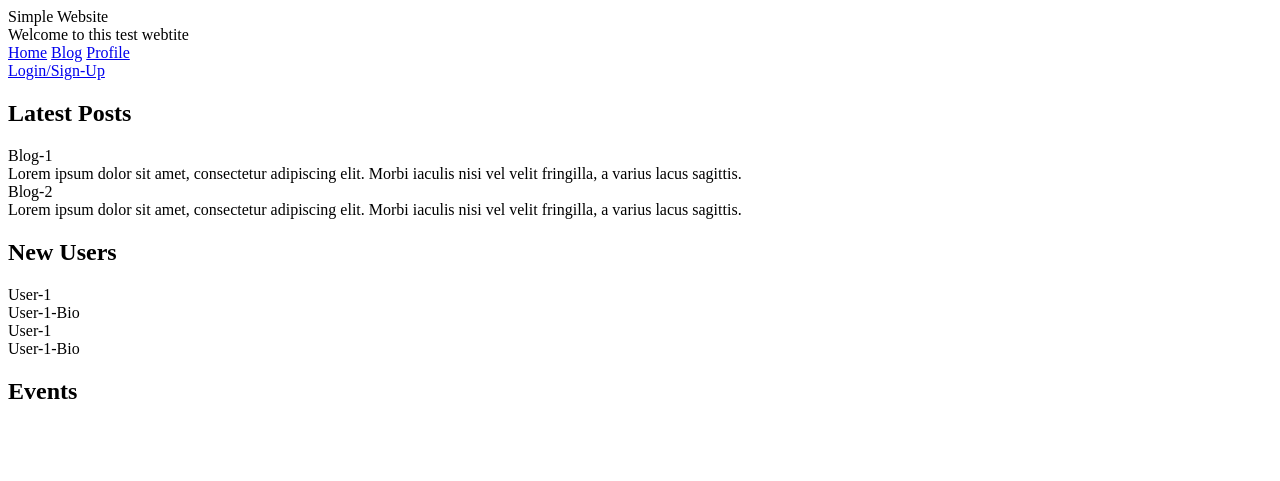
Repository: AbeTavarez/aws_sample_apps
Page: basic_website/index.html
The author's editor kept a record of every edit. The page is drawn from the files as they stood at one moment, then again after the next edit.
The browser window is 1280 px wide. The pictures show the whole page.

Above is the page before.

After the next edit:
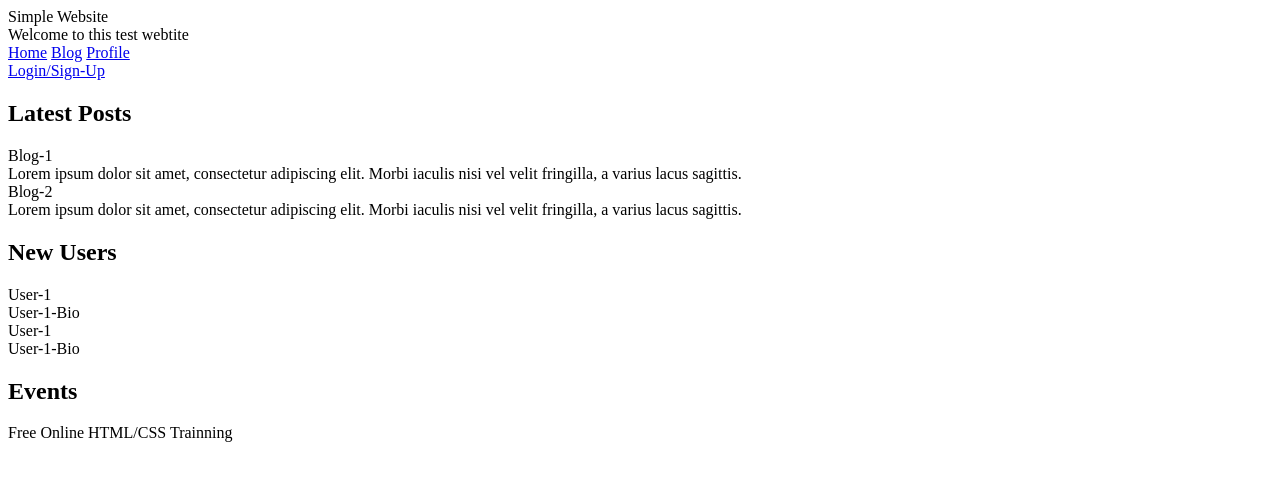
The edit:
--- a/basic_website/index.html
+++ b/basic_website/index.html
@@ -60,9 +60,14 @@
                 </div>
             </section>
 
-            <section>
+            <section class="events">
                 <h2>Events</h2>
-                <div></div>
+
+                <div class="latest-events">
+
+                    <div class="event-card">Free Online HTML/CSS Trainning</div>
+
+                </div>
             </section>
         </main>
 
